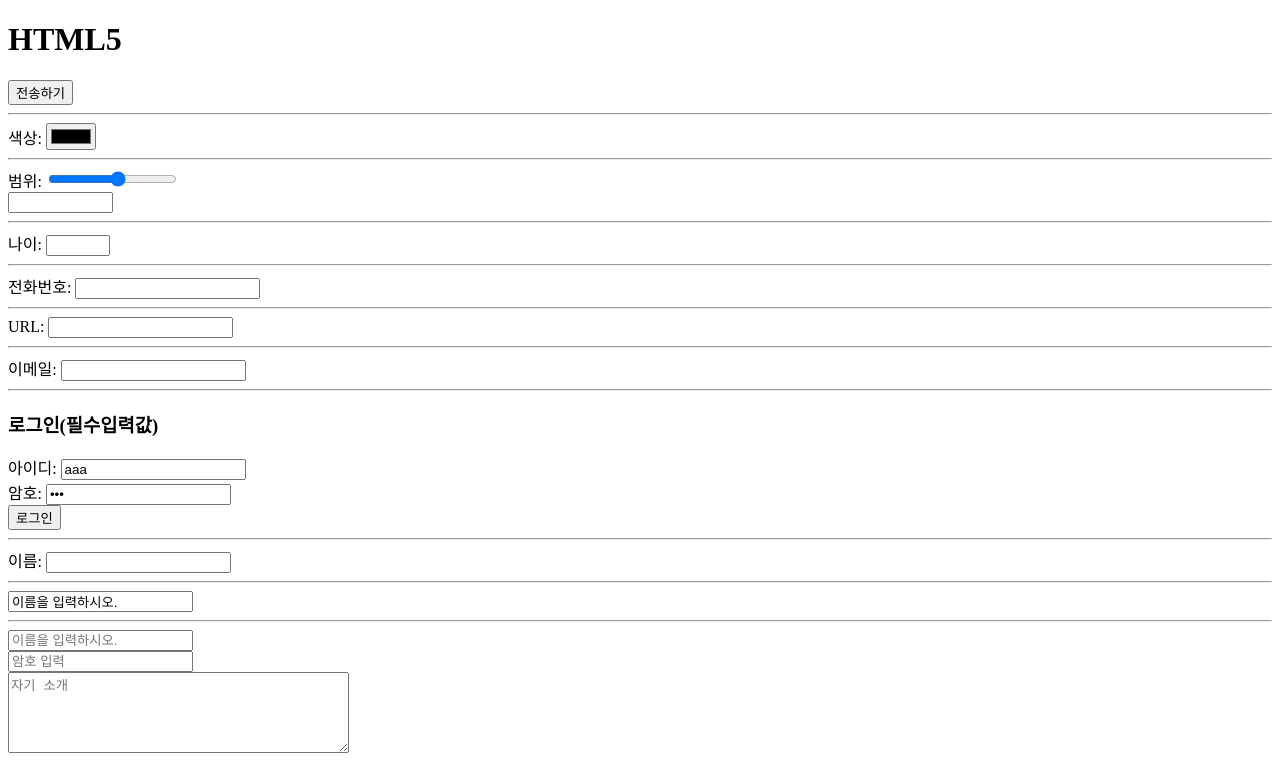
Repository: chanjin5212/Full-Stack-study
Page: client/ClientTest/src/main/webapp/html/ex19.html
These files come from the project's save history. The page is drawn as it stood at one moment and after the next save; the edit follows.
The browser window is 1280 px wide. The pictures show the whole page.

Above is the page before, as saved 2022-05-25 03:34:03.

### client/ClientTest/src/main/webapp/html/ex19.html
<!DOCTYPE html>
<html>
<head>
<meta charset="UTF-8">
<title>Insert title here</title>
</head>
<body>
	<!-- ex19.html -->
	<h1>HTML5</h1>

	<form method="POST" action="ex19.jsp">

		<input type="submit" value="전송하기">
		<hr>

		색상: <input type="color" onchange="document.body.bgColor = this.value;">

		<hr>

		범위: <input type="range" onchange="document.getElementById('txt1').value=this.value;" min="10" max="120" step="20">
		<br>
		<input type="text" id="txt1" size="10">


		<hr>

		나이: <input type="number" min="0" max="100" step="10">

		<hr>

		전화번호: <input type="tel">

		<hr>

		URL: <input type="url">

		<hr>

		이메일: <input type="email">

		<hr>


		<h3>로그인(필수입력값)</h3>
		아이디: <input type="text" required value="aaa"><br>
		암호: <input type="password" required value="111"><br>
		<input type="submit" value="로그인">


		<hr>

		<label for="txt1">이름:</label> <input type="text" id="txt1">

		<hr>

		<input type="text" value="이름을 입력하시오." onfocus="this.value='';">

		<hr>

		<input type="text" placeholder="이름을 입력하시오.">
		<br>
		<input type="password" placeholder="암호 입력">
		<br>
		<textarea cols="40" rows="5" placeholder="자기 소개"></textarea>




	</form>
</body>
</html>

After the next save:
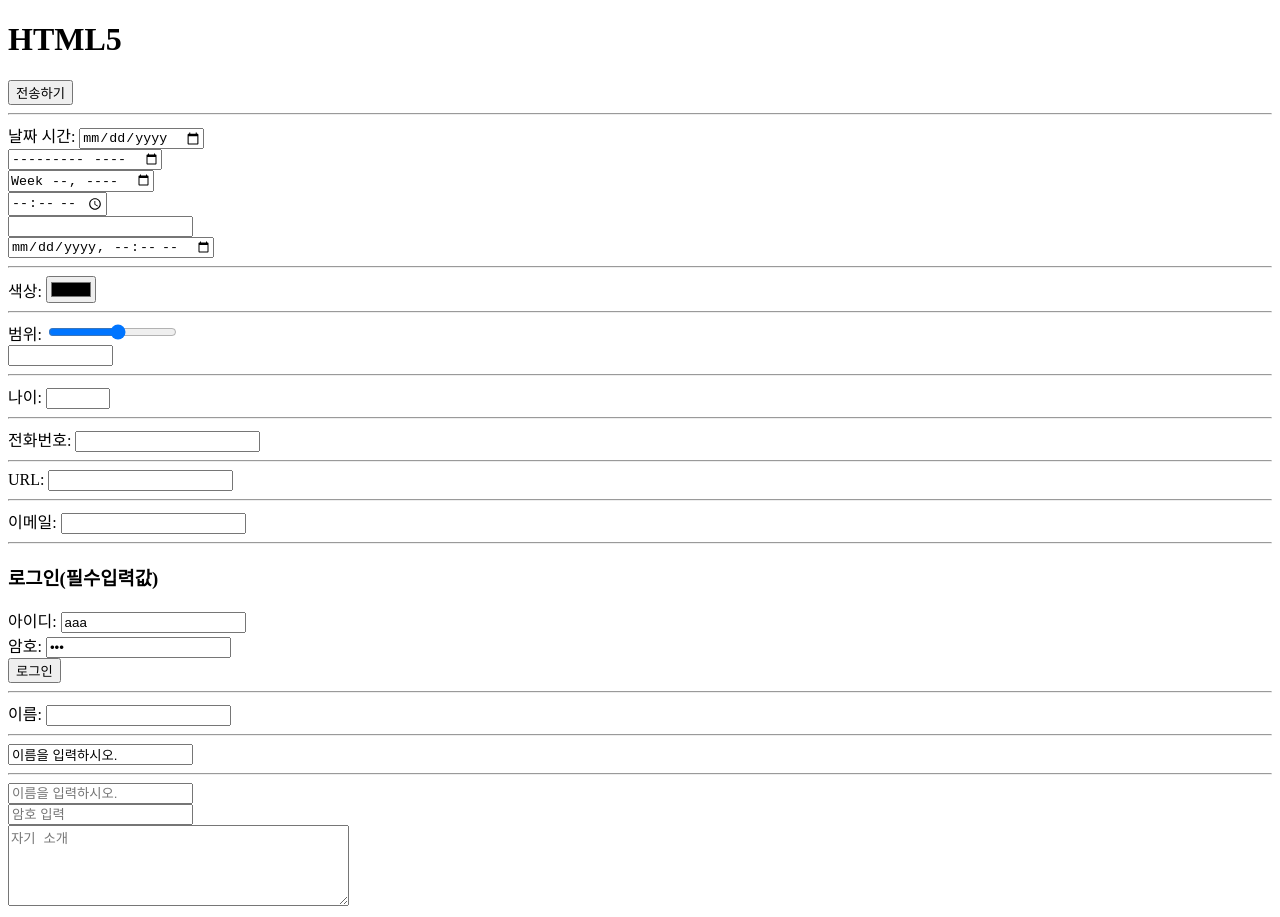
Saved 2 min 37 s later.
--- a/client/ClientTest/src/main/webapp/html/ex19.html
+++ b/client/ClientTest/src/main/webapp/html/ex19.html
@@ -11,6 +11,22 @@
 	<form method="POST" action="ex19.jsp">
 
 		<input type="submit" value="전송하기">
+		<hr>
+
+		날짜 시간:
+		<input type="date">
+		<br>
+		<input type="month">
+		<br>
+		<input type="week">
+		<br>
+		<input type="time">
+		<br>
+		<input type="datetime">
+		<br>
+		<input type="datetime-local">
+
+
 		<hr>
 
 		색상: <input type="color" onchange="document.body.bgColor = this.value;">
